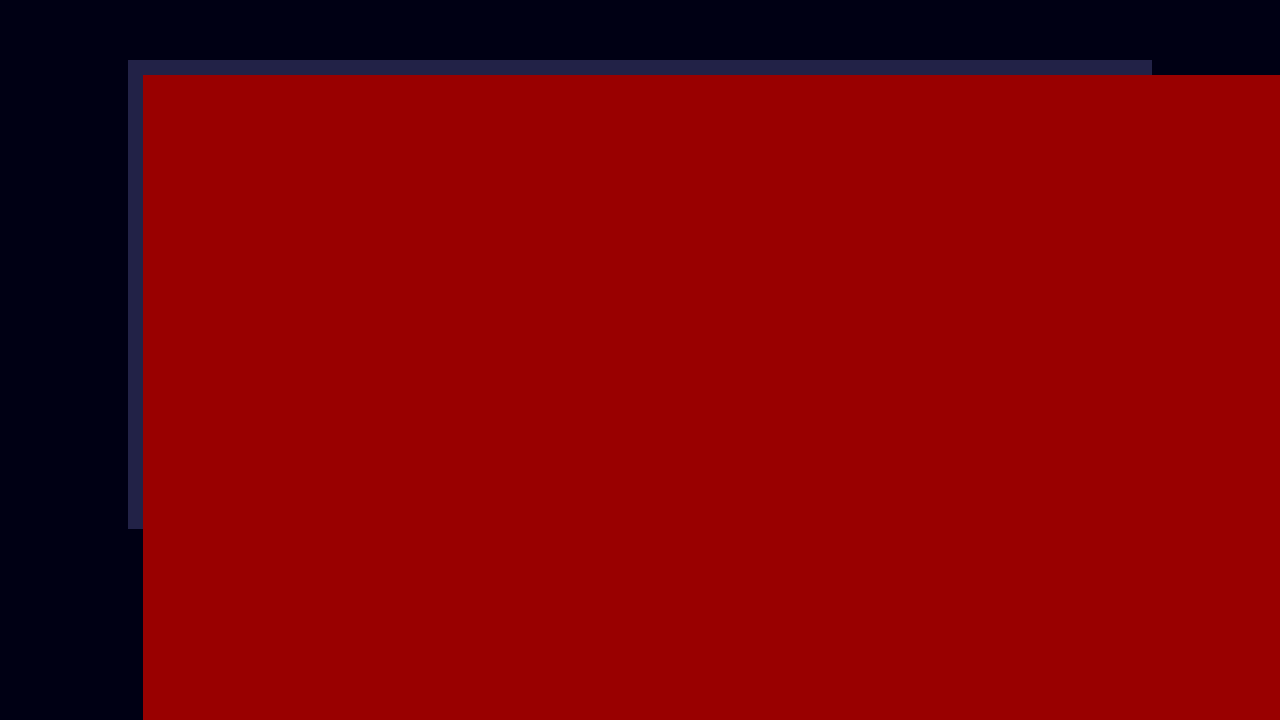
Repository: Francois-QUICODE/CSS-Micro-Projects
Page: Projects/01-Infinite-Gradient-Text.html
The author's editor kept a copy of each file at every save. The page is drawn from the files as they stood at one save, then again after the next save.
The browser window is 1280 px wide. The pictures show the whole page.
Some web fonts or font styles are not loaded; a fallback is used.

Above is the page before, as saved 2020-11-28 10:15:01.

After the next save:
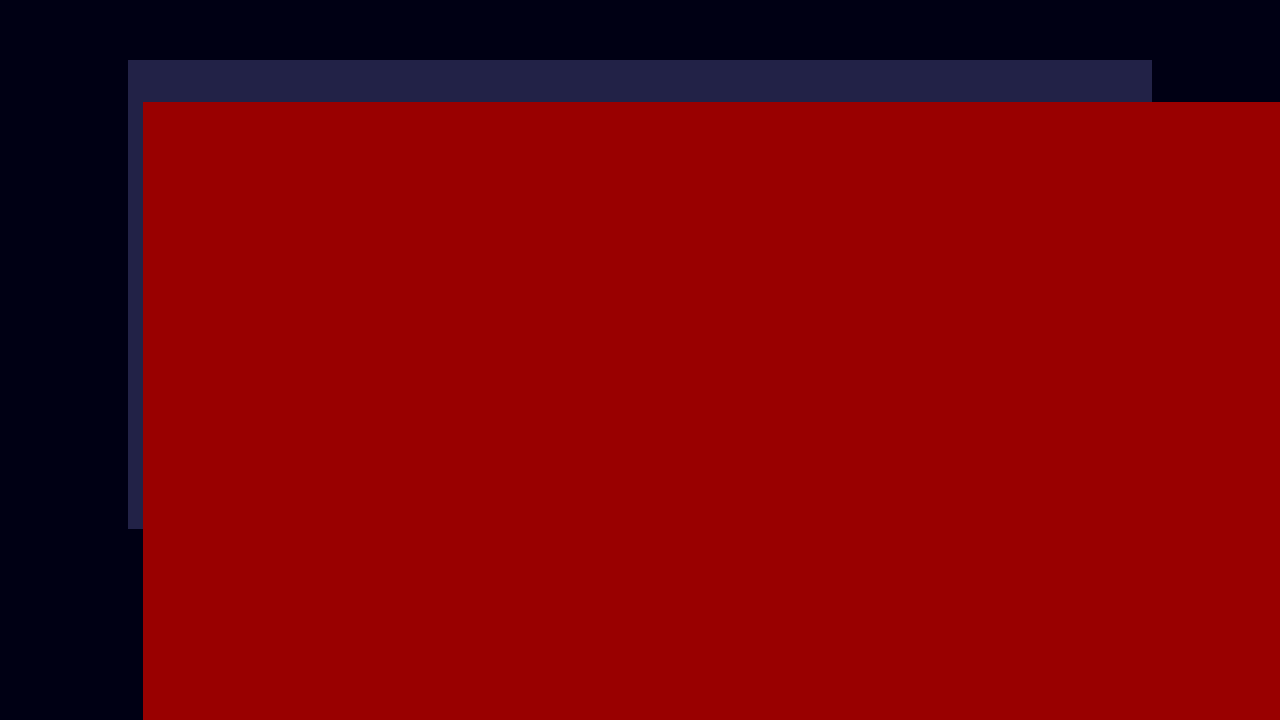
Saved 24 s later.
--- a/Projects/01-Infinite-Gradient-Text.html
+++ b/Projects/01-Infinite-Gradient-Text.html
@@ -6,8 +6,8 @@
   </head>
   <body>
     <div class="container">
-      <div class="text-background"></div>
       <div class="text">
+        <div class="text-background"></div>
         <h1>This is a title</h1>
         <p class="lorem">
           Lorem ipsum, dolor sit amet consectetur adipisicing elit. Vero, nihil!
